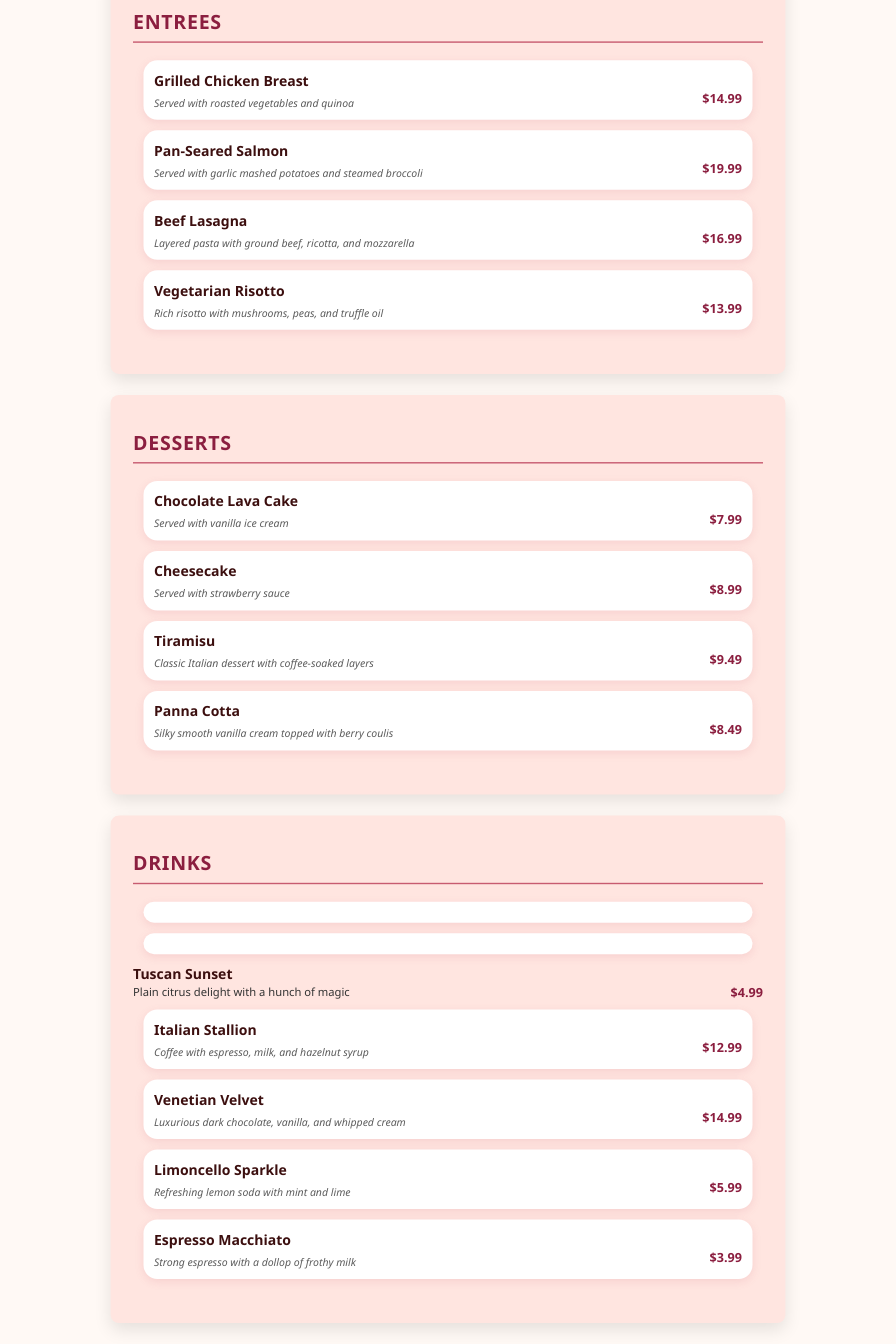
Repository: S12ahana/Food-Ordering-Website
Page: project1/Menu.html
These files come from the project's save history. The page is drawn as it stood at one moment and after a run of saves; the edit follows.
The browser window is 1280 px wide. The pictures show the part of the page from y = 833 to 2753 px (the page is 2753 px tall before and 2721 px after), at 70% of full size.

Above is the page before, as saved 2025-07-30 18:22:02.

### project1/Menu.html
<!DOCTYPE html>
<html lang="en">
<head>
	<meta charset="UTF-8">
	<meta name="viewport" content="width=device-width, initial-scale=1.0">
	<title>Menu Page</title>
	<link rel="stylesheet" href="style.css">
</head>
<body>
	<header>
		<h1>Our Menu</h1>
	</header>
	<main>
		<section class="menu-section">
  <h2>Appetizers</h2>
  <ul>
    <li>
      <span class="dish-name">Bruschetta</span>
      <span class="price">$8.99</span>
      <p>Grilled bread with fresh tomatoes and basil</p>
    </li>
    <li>
      <span class="dish-name">Spinach and Artichoke Dip</span>
      <span class="price">$10.99</span>
      <p>Served with tortilla chips and pita bread</p>
    </li>
    <li>
      <span class="dish-name">Garlic Parmesan Wings</span>
      <span class="price">$9.99</span>
      <p>Crispy wings tossed in garlic and parmesan</p>
    </li>
    <li>
      <span class="dish-name">Stuffed Mushrooms</span>
      <span class="price">$11.49</span>
      <p>Mushroom caps filled with cheese and herbs</p>
    </li>
  </ul>
</section>

<section class="menu-section">
  <h2>Entrees</h2>
  <ul>
    <li>
      <span class="dish-name">Grilled Chicken Breast</span>
      <span class="price">$14.99</span>
      <p>Served with roasted vegetables and quinoa</p>
    </li>
    <li>
      <span class="dish-name">Pan-Seared Salmon</span>
      <span class="price">$19.99</span>
      <p>Served with garlic mashed potatoes and steamed broccoli</p>
    </li>
    <li>
      <span class="dish-name">Beef Lasagna</span>
      <span class="price">$16.99</span>
      <p>Layered pasta with ground beef, ricotta, and mozzarella</p>
    </li>
    <li>
      <span class="dish-name">Vegetarian Risotto</span>
      <span class="price">$13.99</span>
      <p>Rich risotto with mushrooms, peas, and truffle oil</p>
    </li>
  </ul>
</section>

<section class="menu-section">
  <h2>Desserts</h2>
  <ul>
    <li>
      <span class="dish-name">Chocolate Lava Cake</span>
      <span class="price">$7.99</span>
      <p>Served with vanilla ice cream</p>
    </li>
    <li>
      <span class="dish-name">Cheesecake</span>
      <span class="price">$8.99</span>
      <p>Served with strawberry sauce</p>
    </li>
    <li>
      <span class="dish-name">Tiramisu</span>
      <span class="price">$9.49</span>
      <p>Classic Italian dessert with coffee-soaked layers</p>
    </li>
    <li>
      <span class="dish-name">Panna Cotta</span>
      <span class="price">$8.49</span>
      <p>Silky smooth vanilla cream topped with berry coulis</p>
    </li>
  </ul>
</section>

<section class="menu-section">
  <h2>Drinks</h2>
  <ul>
    <li>
		<li onclick="goToOrderPage('Tuscan Sunset', $4)"></li>
      	<span class="dish-name">Tuscan Sunset</span>
      	<span class="price">$4.99</span>
      	<p>Plain citrus delight with a hunch of magic</p>
    </li>
    <li>
      <span class="dish-name">Italian Stallion</span>
      <span class="price">$12.99</span>
      <p>Coffee with espresso, milk, and hazelnut syrup</p>
    </li>
    <li>
      <span class="dish-name">Venetian Velvet</span>
      <span class="price">$14.99</span>
      <p>Luxurious dark chocolate, vanilla, and whipped cream</p>
    </li>
    <li>
      <span class="dish-name">Limoncello Sparkle</span>
      <span class="price">$5.99</span>
      <p>Refreshing lemon soda with mint and lime</p>
    </li>
    <li>
      <span class="dish-name">Espresso Macchiato</span>
      <span class="price">$3.99</span>
      <p>Strong espresso with a dollop of frothy milk</p>
    </li>
  </ul>
</section>


	<script>
	document.querySelectorAll('.menu-section li').forEach(item => {
	item.addEventListener('click', async () => {
		const name = prompt("Enter your name:");
		const address = prompt("Enter your address:");
		const itemName = item.querySelector('.dish-name').textContent;
		const priceText = item.querySelector('.price').textContent;
		const price = parseFloat(priceText.replace('$', ''));

		if (!name || !address) {
			alert("Please provide both name and address.");
			return;
		}

		const order = {
			name: name,
			items: [itemName],
			totalPrice: price,
			address: address
		};

		const res = await fetch('http://localhost:5000/api/orders', {
			method: 'POST',
			headers: { 'Content-Type': 'application/json' },
			body: JSON.stringify(order)
		});

		const data = await res.json();
		alert('Order placed successfully!');
	});
});
</script>
</main>
</body>
</html>
<style>
    body {
        font-family: 'Segoe UI', Tahoma, Geneva, Verdana, sans-serif;
        margin: 0;
        padding: 0;
        background-color: #fff9f5;
        color: #333;
    }

    header {
        background: linear-gradient(135deg, #6e1414, #a63232);
        color: #fff;
        padding: 1.5em 0;
        text-align: center;
        font-family: 'Georgia', serif;
        letter-spacing: 2px;
        font-size: 1.8em;
        text-transform: uppercase;
    }

    .menu-section {
        background-color: #ffe5e0;
        padding: 3em 2em;
        margin: 30px auto;
        border-radius: 12px;
        width: 85%;
        max-width: 900px;
        box-shadow: 0 10px 25px rgba(0, 0, 0, 0.1);
    }

    .menu-section h2 {
        font-size: 28px;
        color: #8b1e3f;
        margin-bottom: 25px;
        border-bottom: 2px solid #c75b70;
        padding-bottom: 10px;
        text-transform: uppercase;
        letter-spacing: 1px;
    }

    ul {
        list-style: none;
        margin: 0;
        padding: 0;
    }

    li {
        margin-bottom: 30px;
        padding: 15px;
        background-color: #fff;
        border-radius: 10px;
        transition: transform 0.2s ease;
        box-shadow: 0 4px 12px rgba(198, 91, 112, 0.15);
    }

    li:hover {
        transform: scale(1.02);
    }

    .dish-name {
        display: block;
        font-weight: 600;
        font-size: 20px;
        color: #3c0f0f;
    }

    .price {
        float: right;
        font-size: 18px;
        color: #8b1e3f;
        font-weight: bold;
    }

    li p {
        margin: 8px 0 0;
        font-size: 15px;
        color: #5c5c5c;
        font-style: italic;
    }

    @media (max-width: 600px) {
        .menu-section {
            padding: 2em 1em;
        }

        .dish-name,
        .price {
            font-size: 18px;
        }
    }
</style>

### project1/style.css

* {
    margin: 0px;
    padding: 0px;
}


#top,top1{
    background-color: #FFC9C9;
    color: white;
    text-align: center;
    font-size: 46px;
    font-family: 'Ubuntu Mono', monospace;
    font-family:Georgia, 'Times New Roman', Times, serif
}



/* Navigation bar styling*/

#navbar img {
    display: block;
    width: 50px;
    height: 50px;
    margin: auto;
    margin-bottom: 3px;
}


#navbar {
    display: flex;
    flex-direction: column;
    background-color: gray;
    height: 14vh;
    width: 100vw;
    font-family: 'Ubuntu Mono', monospace;
    margin-top: 10px;
    border: 2px solid black;
    border-radius: 15px;
}


#navcontent {
    display: flex;
    justify-content: center;
    font-size: 30px;
}


ul li {
    list-style: none;
    margin: 15px;
    border-radius: 20px;
}

ul li a {
    padding: 1px;
    color: white;
    text-decoration: none;
    border-radius: 10px;
}

ul li a:hover {
    background-color: red;
    border-radius: 10px;
}


#container1 {
    position: relative;
    display: flex;
    flex-direction: column;
    align-items: center;
    width: 100vw;
    height: 63vh;
}


#container1::before {
    content: '';
    background: url("safe.jpg") no-repeat center center/cover;
    width: 100vw;
    height: 59vh;
    position: absolute;
    top: 0px;
    left: 0px;
    font-family: 'Ubuntu Mono', monospace;
    margin-right: 45px;
    font-weight: bold;
    z-index: -1;
    opacity: 0.89;
    border: 2px solid black;
    border-bottom-left-radius: 100px;
}

#row1 {
    color: black;
    font-weight: bold;
    font-size: 4rem;
    text-align: center;
    margin-top: 35px;
}

.btn {
    margin-top: 15px;
    border: 3px solid white;
    border-radius: 15px;
    background-color: yellow;
    font-size: 20px;
    font-weight: bold;
    font-family: 'Ubuntu Mono', monospace;
}

.btn:hover {
    cursor: pointer;
    background-color: red;
}

#container3 {
    display: flex;
    justify-content: space-evenly;
}

#row2 {
    width: 24vw;
    height: 21vh;
    /* box-shadow: 2px 7px 16px 19px; */
    margin-top: 51px;
    margin-bottom: 51px;
    display: flex;
    justify-content: center;
    align-items: flex-end;
    position: relative;
    margin-right: 38px;
    border-radius: 40px;
}

#row2::before {
    content: '';
    background: url('chef.jpg') no-repeat center center/cover;
    position: absolute;
    top: 0px;
    left: 0px;
    width: 24vw;
    height: 28vh;
    z-index: -1;
    border-radius: 50px;
}

#row3 {
    position: relative;
    width: 24vw;
    height: 21vh;
    display: flex;
    justify-content: center;
    align-items: flex-end;
    /* box-shadow: 2px 8px 16px 19px; */
    margin-top: 51px;
    margin-bottom: 51px;

    margin-left: 38px;
    border-radius: 40px;
}

#row3::before {
    content: '';
    background: url('order.jpg') no-repeat center center/cover;
    position: absolute;
    top: 0px;
    left: 0px;
    width: 24vw;
    height: 25vh;
    z-index: -1;
    border-radius: 40px;
}

#top3 {
    font-size: 50px;
    text-align: center;
    color: red;
    font-family: 'Ubuntu Mono', monospace;
}

#container4 {
    display: grid;
    grid-template-columns: repeat(auto-fit, minmax(350px, 1fr));
    margin: 41px;
}

#row4 {
    width: 29vw;
    height: 360px;
    border: 2px solid black;
    background: url('stake.jpg') no-repeat center center/cover;
    display: flex;
    justify-content: center;
    align-items: flex-end;
    border-radius: 15px;
}

#row5 {
    width: 29vw;
    height: 360px;
    border: 2px solid black;
    background: url('bread.jpg') no-repeat center center/cover;
    display: flex;
    justify-content: center;
    align-items: flex-end;
    border-radius: 15px;
}

#row6 {
    width: 30vw;
    height: 360px;
    border: 2px solid black;
    background: url('drinks.jpg') no-repeat center center/cover;
    display: flex;
    justify-content: center;
    align-items: flex-end;
    border-radius: 15px;
}


footer {
    text-align: center;
}


#ContactUs {
    width: 100vw;
    height: 100vh;
    display: flex;
    flex-direction: column;
    align-items: center;
    background-image: linear-gradient(pink,rgb(152,152,239));
}

.form-shape input,
.form-shape select,
.form-shape textarea {
    width: 92%;
    padding: 0.5rem;
}


::placeholder {
    color: gray;
}


@media only screen and (max-width:1131px) {
    #row4 {
        width: 42vw;
    }

    #row5 {
        width: 45vw;
    }

    #row6 {
        margin-top: 20px;
        width: 90vw;
    }
}

@media only screen and (min-width:600px) and (max-width:781px) {
    #row4 {
        width: 84vw;
        margin: auto;
        margin-left: 22px;
    }

    #row5 {

        width: 84vw;
        margin: auto;
        margin-top: 20px;
        margin-left: 22px;
    }

    #row6 {
        width: 84vw;
        margin: auto;
        margin-top: 20px;
        margin-left: 22px;
    }
}

@media only screen and (max-width:600px) {
    #row4 {
        width: 78vw;
        margin: auto;
        margin-left: 3px;
    }

    #row5 {

        width: 78vw;
        margin: auto;
        margin-top: 20px;
        margin-left: 3px;
    }

    #row6 {
        width: 78vw;
        margin: auto;
        margin-top: 20px;
        margin-left: 3px;
    }
}

@media only screen and (min-height:1000px) {
    #navbar {
        height: 10vh;
    }

    #container1::before {
        height: 39vh;
    }

    #container1 {
        height: 44vh
    }
}

After the next 4 saves:
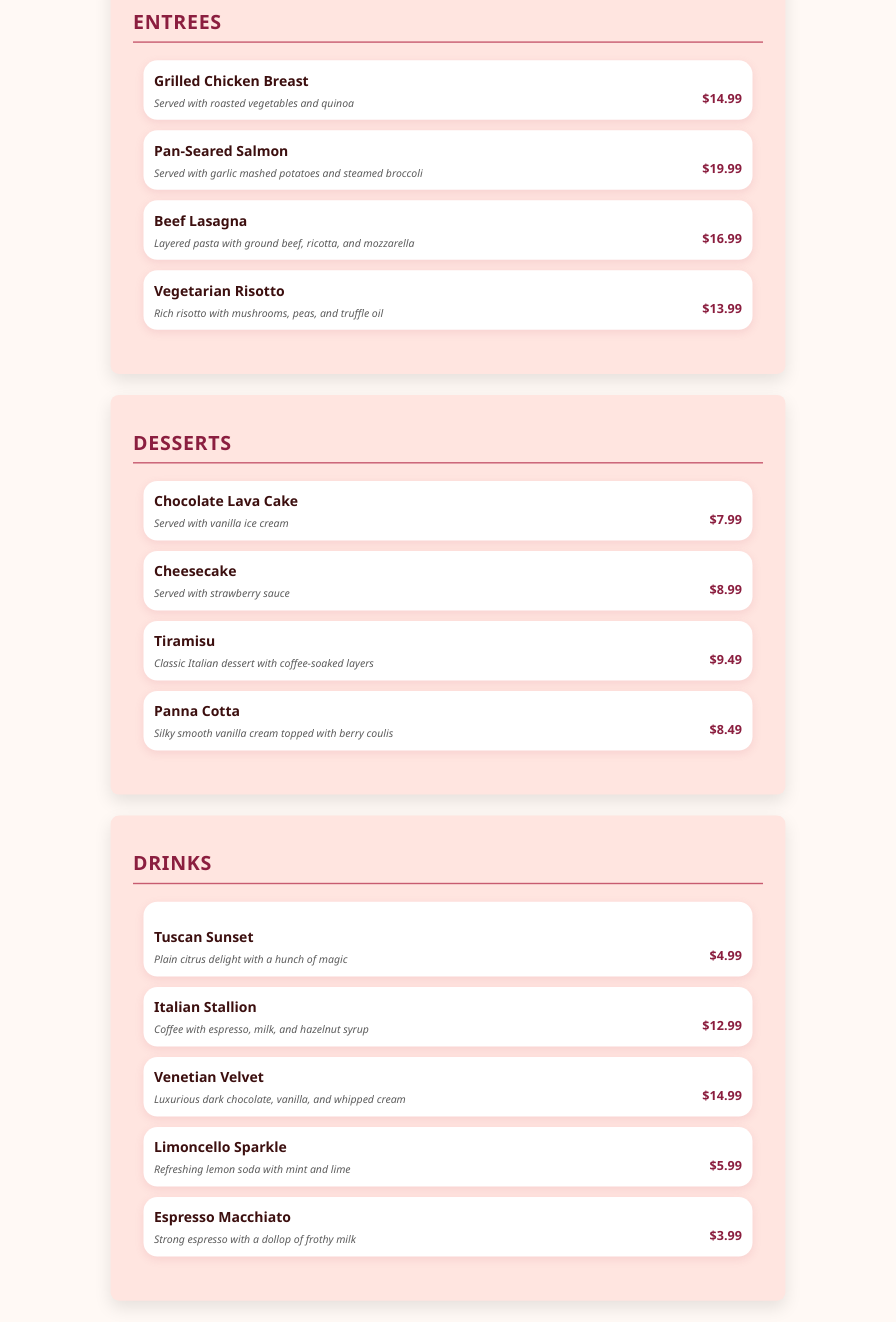
The 4 saves are shown as one change because they came seconds apart.
The last was saved 14 s later.
--- a/project1/Menu.html
+++ b/project1/Menu.html
@@ -93,7 +93,7 @@
   <h2>Drinks</h2>
   <ul>
     <li>
-		<li onclick="goToOrderPage('Tuscan Sunset', $4)"></li>
+		<a href="order.html?dish=Tuscan Sunset" style="text-decoration:none; color:inherit;"></a>
       	<span class="dish-name">Tuscan Sunset</span>
       	<span class="price">$4.99</span>
       	<p>Plain citrus delight with a hunch of magic</p>
